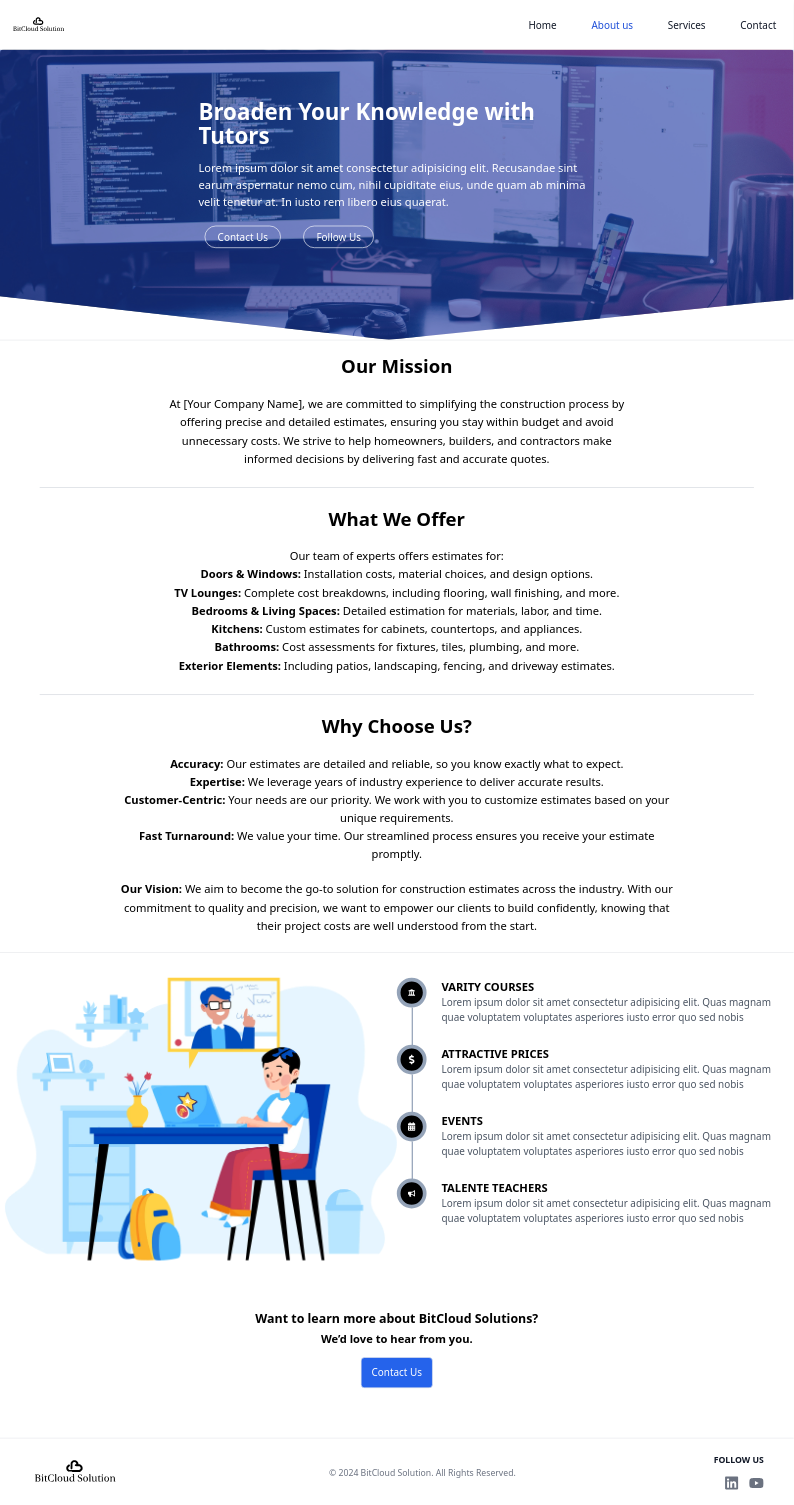
Repository: huzaifaBitCloud/BitCloud-website
Page: /about-us
These files come from the project's save history. The page is drawn as it stood at one moment and after the next save; the edit follows.
The browser window is 1280 px wide. The pictures show the whole page, at 62% of full size.
The project was rebuilt for these pictures with package versions that can differ from the ones it lists, and the page was loaded fresh each time. The framework's server and built-in components were replaced by stand-ins that run in the browser. Also part of the build but not shown: next.config.mjs.

Above is the page before, as saved 2025-01-14 12:06:13.

### src/app/about-us/page.tsx
import Layout from "@/components/Layout";
import About from "@/components/About";

const AboutPage = () => {
  return (
    <Layout>
      <About />
    </Layout>
  );
};

export default AboutPage;

### src/app/globals.css
@tailwind base;
@tailwind components;
@tailwind utilities;

.custom-cards-ourClient {
  box-shadow: 0px -10px 10px 2px rgba(221, 223, 226, 1);
  border-radius: 15px;
  background: linear-gradient(180deg, #e9f2e4 0%, #f5f7fa 90%);
}
.custom-card-2-achievements {
  box-shadow: 0px -10px 10px 2px rgba(221, 223, 226, 1);
  border-radius: 15px;
  background: linear-gradient(180deg, #f4d9d0 0%, #f5f7fa 90%);
}
.custom-card-3-achievements {
  box-shadow: 0px -10px 10px 2px rgba(221, 223, 226, 1);
  border-radius: 15px;
  background: linear-gradient(180deg, #e7ebf0, #f5f7fa 90%);
}

:root {
  /* --color-primary: #e9f2e4;
    --color-secondary: #f5f7fa;
*/
  --h-100vh: 100vh;
}

/* ABout CSS */

.btn-about {
  display: inline-block;
  margin: 0 0.625rem;
  padding: 0.3125rem 1.25rem;
  border-radius: 1.25rem;
  background: transparent;
  border: solid 0.0625rem #fff;
  position: relative;
  z-index: 9;
}
.main-hero-about {
  clip-path: polygon(
    50% 0%,
    100% 0,
    100% 35%,
    100% 86%,
    49% 100%,
    0 85%,
    0% 35%,
    0 0
  );
}

/* Services */

.zoomIn {
  -webkit-animation-name: zoomIn;
  animation-name: zoomIn;
  -webkit-animation-duration: 1s;
  animation-duration: 1s;
  -webkit-animation-fill-mode: both;
  animation-fill-mode: both;
}
@-webkit-keyframes zoomIn {
  0% {
    opacity: 0;
    -webkit-transform: scale3d(0.3, 0.3, 0.3);
    transform: scale3d(0.3, 0.3, 0.3);
  }
  50% {
    opacity: 1;
  }
}
@keyframes zoomIn {
  0% {
    opacity: 0;
    -webkit-transform: scale3d(0.3, 0.3, 0.3);
    transform: scale3d(0.3, 0.3, 0.3);
  }
  50% {
    opacity: 1;
  }
}

.card-services {
  border-top: 10px solid transparent;
  transition: border-top-color 0.4s, box-shadow 0.4s;
}

.card-services:hover {
  border-top-color: #2563eb;
  box-shadow: 0px 0px 5px rgba(0, 0, 0, 0.75);
}


@media only screen and (max-width: 760px) {
  .main-hero-about {
    clip-path: polygon(
      50% 0%,
      100% 0,
      100% 35%,
      100% 92%,
      49% 100%,
      0 92%,
      0% 35%,
      0 0
    );
  }
  .main-hero-about {
    height: var(--h-100vh) !important;
  }
  .sub-hero-about {
    text-align: center !important;
    margin: 0 auto !important;
  }
  .mob-btn-about {
    justify-content: center;
  }
  .mob-nav-style{
    position: absolute;
    top: 76%;
    left: 0;
  }
}

### src/components/Layout.tsx
import React from "react";
import { ReactNode } from "react";

import { Navbar } from "./Navbar";
import Footer from "./Footer";

interface LayoutProps {
  children: ReactNode;
}

const Layout = ({children}: LayoutProps) => {
  return (
    <div>
      <Navbar />
      <div className="">{children}</div>
      <Footer />
    </div>
  );
};

export default Layout;

### src/components/About.tsx
"use client";
import { useRouter } from "next/navigation";
import React from "react";
import WhyChooseUs from "./WhyChooseUs";

const About = () => {
  const router = useRouter();

  return (
    <section id="about" className=" w-[100%] mx-auto mb-6">
      {/* HEADINGS */}
      <div
        className="relative text-white text-center py-20 rounded-md bg-cover bg-center lg:h-[65vh] md:h-[70vh] main-hero-about"
        style={{
          backgroundImage: "url('/images/web-developer.jpg')",
        }}
      >
        {/* Overlay */}
        <div className="absolute inset-0 bg-blue-800 bg-opacity-60"></div>

        {/* Content */}
        <div className="relative z-10 sm:w-[100%] md:w-[80%] lg:w-[50%] mx-auto text-left sub-hero-about">
          <h2 className="text-4xl font-bold mb-4">
            Broaden Your Knowledge with Tutors
          </h2>
          <p className="mb-6 text-lg">
            Lorem ipsum dolor sit amet consectetur adipisicing elit. Recusandae
            sint earum aspernatur nemo cum, nihil cupiditate eius, unde quam ab
            minima velit tenetur at. In iusto rem libero eius quaerat.
          </p>
          <div className="flex mob-btn-about gap-4">
            <button
              className="btn-about border border-white px-6 py-2 rounded-md hover:bg-white hover:text-blue-800 transition"
              onClick={() => router.push("/contact")}
            >
              Contact Us
            </button>
            <button
              className="btn-about border border-white px-6 py-2 rounded-md hover:bg-white hover:text-blue-800 transition"
              onClick={() =>
                router.push(
                  "https://www.linkedin.com/company/bitcloud-solution-software/"
                )
              }
            >
              Follow Us
            </button>
          </div>
        </div>
      </div>
      <hr />

      {/* <div className="mt-5 px-2">
        <h2 className="text-3xl font-bold my-6">Our Mission</h2>
        <p className="my-7">
          At [Your Company Name], we are committed to simplifying the
          construction process by offering precise and detailed estimates,
          ensuring you stay within budget and avoid unnecessary costs. We strive
          to help homeowners, builders, and contractors make informed decisions
          by delivering fast and accurate quotes.
        </p>

        <hr />
        <h2 className="text-3xl font-bold text-left my-6">What We Offer</h2>
        <p className="my-7">
          Our team of experts offers estimates for: Doors & Windows:
          Installation costs, material choices, and design options. TV Lounges:
          Complete cost breakdowns, including flooring, wall finishing, and
          more. Bedrooms & Living Spaces: Detailed estimation for materials,
          labor, and time. Kitchens: Custom estimates for cabinets, countertops,
          and appliances. Bathrooms: Cost assessments for fixtures, tiles,
          plumbing, and more. Exterior Elements: Including patios, landscaping,
          fencing, and driveway estimates.
        </p>
        <hr />
        <h2 className="text-3xl font-bold ">Why Choose Us?</h2>
        <p className="my-7 w-[85%]">
          Accuracy: Our estimates are detailed and reliable, so you know exactly
          what to expect. Expertise: We leverage years of industry experience to
          deliver accurate results. Customer-Centric: Your needs are our
          priority. We work with you to customize estimates based on your unique
          requirements. Fast Turnaround: We value your time. Our streamlined
          process ensures you receive your estimate promptly. Our Vision We aim
          to become the go-to solution for construction estimates across the
          industry. With our commitment to quality and precision, we want to
          empower our clients to build confidently, knowing that their project
          costs are well understood from the start.
        </p>
      </div> */}

      <div className="mt-5 px-4 sm:px-6 md:px-10 lg:px-16">
        {/* Our Mission */}
        <div className="text-center">
          <h2 className="text-3xl font-bold my-6">Our Mission</h2>
          <p className="my-7 text-lg leading-relaxed max-w-3xl mx-auto">
            At [Your Company Name], we are committed to simplifying the
            construction process by offering precise and detailed estimates,
            ensuring you stay within budget and avoid unnecessary costs. We
            strive to help homeowners, builders, and contractors make informed
            decisions by delivering fast and accurate quotes.
          </p>
        </div>

        <hr className="my-8 border-gray-300" />

        {/* What We Offer */}
        <div className="text-center">
          <h2 className="text-3xl font-bold my-6">What We Offer</h2>
          <p className="my-7 text-lg leading-relaxed max-w-4xl mx-auto text-contain">
            Our team of experts offers estimates for:
            <br />
            <strong>Doors & Windows:</strong> Installation costs, material
            choices, and design options.
            <br />
            <strong>TV Lounges:</strong> Complete cost breakdowns, including
            flooring, wall finishing, and more.
            <br />
            <strong>Bedrooms & Living Spaces:</strong> Detailed estimation for
            materials, labor, and time.
            <br />
            <strong>Kitchens:</strong> Custom estimates for cabinets,
            countertops, and appliances.
            <br />
            <strong>Bathrooms:</strong> Cost assessments for fixtures, tiles,
            plumbing, and more.
            <br />
            <strong>Exterior Elements:</strong> Including patios, landscaping,
            fencing, and driveway estimates.
          </p>
        </div>

        <hr className="my-8 border-gray-300" />

        {/* Why Choose Us */}
        <div className="text-center">
          <h2 className="text-3xl font-bold my-6">Why Choose Us?</h2>
          <p className="my-7 text-lg leading-relaxed max-w-4xl mx-auto">
            <strong>Accuracy:</strong> Our estimates are detailed and reliable,
            so you know exactly what to expect.
            <br />
            <strong>Expertise:</strong> We leverage years of industry experience
            to deliver accurate results.
            <br />
            <strong>Customer-Centric:</strong> Your needs are our priority. We
            work with you to customize estimates based on your unique
            requirements.
            <br />
            <strong>Fast Turnaround:</strong> We value your time. Our
            streamlined process ensures you receive your estimate promptly.
          </p>
          <p className="my-7 text-lg leading-relaxed max-w-4xl mx-auto">
            <strong>Our Vision:</strong> We aim to become the go-to solution for
            construction estimates across the industry. With our commitment to
            quality and precision, we want to empower our clients to build
            confidently, knowing that their project costs are well understood
            from the start.
          </p>
        </div>
      </div>

      <hr />
      <div className="my-10 ">
        <WhyChooseUs />
      </div>
      <div className="text-center my-20">
        <h3 className="text-xl font-bold">
          Want to learn more about BitCloud Solutions?
        </h3>
        <p className="text-lg font-semibold mt-1">
          We’d love to hear from you.
        </p>
        <button
          className="border bg-blue-600 px-4 py-3 rounded-md text-white hover:bg-blue-700 mt-4"
          onClick={() => router.push("/contact")}
        >
          Contact Us
        </button>
      </div>
    </section>
  );
};

export default About;

### src/components/Navbar.tsx
"use client";
import Image from "next/image";
import Link from "next/link";
import { usePathname } from "next/navigation";
import React, { useState } from "react";

export const Navbar = () => {
  const [menu, setMenu] = useState(false);
  const [servicesDropdown, setServicesDropdown] = useState(false);
  const pathname = usePathname();

  const links = [
    { href: "/", label: "Home" },
    { href: "/about-us", label: "About us" },
    { label: "Services", dropdown: true },
    { href: "/contact", label: "Contact" },
  ];

  const servicesLinks = [
    { href: "/web-development", label: "Web Development" },
    { href: "/mob-development", label: "Mobile Development" },
    { href: "/services/service3", label: "UI/UX Design" },
    { href: "/zoho-crm", label: "Zoho CRM" },
    { href: "/finance-account", label: "Finances & Accounting" },
  ];

  const isActive = (href) => pathname === href;

  return (
    <nav className="border-gray-200 bg-white shadow-md dark:bg-gray-900 dark:border-gray-700">
      <div className="max-w-screen-xl flex flex-wrap items-center justify-between mx-auto p-4 relative">
        <Link href="/" passHref>
          <div className="relative w-24 h-12 cursor-pointer flex items-center space-x-3">
            <Image
              src="/images/logo.svg"
              alt="BitCloud Logo"
              fill
              sizes="(max-width: 768px) 100px, (max-width: 1200px) 50vw, 33vw"
              className="object-contain"
            />
          </div>
        </Link>

        <button
          type="button"
          data-collapse-toggle="navbar-dropdown"
          className="inline-flex items-center p-2 w-10 h-10 justify-center text-sm text-gray-500 rounded-lg md:hidden hover:bg-gray-100 dark:hover:bg-gray-700"
          aria-controls="navbar-dropdown"
          aria-expanded={menu}
          onClick={() => setMenu(!menu)}
        >
          <svg
            className="w-5 h-5"
            aria-hidden="true"
            xmlns="http://www.w3.org/2000/svg"
            fill="none"
            viewBox="0 0 17 14"
          >
            <path
              stroke="currentColor"
              strokeLinecap="round"
              strokeLinejoin="round"
              strokeWidth="2"
              d="M1 1h15M1 7h15M1 13h15"
            />
          </svg>
        </button>

        <div
          className={`${menu ? "block" : "hidden"} w-full md:block md:w-auto mob-nav-style`}
          id="navbar-dropdown"
        >
          <ul className="flex flex-col font-medium p-4 md:p-0 mt-4 border border-gray-100 rounded-lg bg-gray-50 md:flex-row md:space-x-8 md:mt-0 md:border-0 md:bg-white dark:bg-gray-800">
            {links.map(({ href, label, dropdown }) => (
             <li
             key={label}
             className="relative"
             onMouseEnter={dropdown ? () => setServicesDropdown(true) : null}
             onMouseLeave={dropdown ? () => setServicesDropdown(false) : null}
           >
             {dropdown ? (
               <span
                 className="block py-2 px-3 rounded cursor-pointer text-gray-900 dark:text-white"
               >
                 {label}
               </span>
             ) : (
               <Link href={href} passHref>
                 <span
                   className={`block py-2 px-3 rounded cursor-pointer ${
                     isActive(href)
                       ? "text-blue-700 dark:text-blue-500"
                       : "text-gray-900 dark:text-white"
                   }`}
                 >
                   {label}
                 </span>
               </Link>
             )}
             {dropdown && servicesDropdown && (
               <div className="z-50 absolute left-0 top-full w-48 bg-white border border-gray-200 shadow-lg rounded-lg">
                 <ul className="py-2 text-sm text-gray-700 dark:text-gray-400">
                   {servicesLinks.map(({ href, label }) => (
                     <li key={href}>
                       <Link href={href} passHref>
                         <span
                           onClick={() => setServicesDropdown(false)}
                           className="block px-4 py-2 hover:bg-gray-100 dark:hover:bg-gray-600 dark:hover:text-white"
                         >
                           {label}
                         </span>
                       </Link>
                     </li>
                   ))}
                 </ul>
               </div>
             )}
           </li>
            ))}
          </ul>
        </div>
      </div>
    </nav>
  );
};

export default Navbar;

### src/components/Footer.tsx
// import Link from "next/link";
// import { FaLinkedin, FaYoutube } from "react-icons/fa";

// const Footer = () => {
//   const currentYear = new Date().getFullYear(); // Get the current year dynamically

//   return (
//     <footer className="bg-white dark:bg-gray-900 border-t w-full">
//       <div className="container mx-auto px-4 py-6">
//         <div className="flex flex-col md:flex-row md:items-center md:justify-between">
//           {/* Logo Section */}
//           <div className="flex items-center mb-4 md:mb-0 py-6">
//             <img
//               src="/images/logo.svg"
//               alt="BitCloud Logo"
//               className="h-14 mr-3 md:ml-4"
//             />
//           </div>

//           {/* Rights Section */}
//           <div className="text-center mb-4 md:mb-0">
//             <span className="text-sm text-gray-500 dark:text-gray-400">
//               © {currentYear}{" "}
//               <Link
//                 href="https://bitcloudsolution.com/"
//                 className="hover:underline"
//               >
//                 BitCloud Solution
//               </Link>
//               . All Rights Reserved.
//             </span>
//           </div>

//           {/* Follow Us Section */}
//           <div className="flex flex-col items-center md:items-end">
//             <h2 className="mb-4 text-sm font-semibold text-gray-900 uppercase dark:text-white">
//               Follow Us
//             </h2>
//             <div className="flex space-x-4">
//               <Link
//                 href="https://www.linkedin.com/company/bitcloud-solution-software/"
//                 aria-label="LinkedIn"
//                 className="text-gray-500 hover:text-blue-600 dark:hover:text-blue-400"
//               >
//                 <FaLinkedin className="w-6 h-6" />
//               </Link>
//               <Link
//                 href="http://www.youtube.com/@BitCloudSolution"
//                 aria-label="YouTube"
//                 className="text-gray-500 hover:text-red-600 dark:hover:text-red-400"
//               >
//                 <FaYoutube className="w-6 h-6" />
//               </Link>
//             </div>
//           </div>
//         </div>
//       </div>
//     </footer>
//   );
// };

// export default Footer;

import Link from "next/link";
import { FaLinkedin, FaYoutube } from "react-icons/fa";

const Footer = () => {
  const currentYear = new Date().getFullYear(); // Get the current year dynamically

  return (
    <footer className="bg-white dark:bg-gray-900 border-t w-full">
      <div className="container mx-auto px-6 py-6">
        <div className="flex flex-col items-center md:flex-row md:justify-between">
          {/* Logo Section */}
          <div className="flex items-center mb-4 md:mb-0 md:ml-6">
            <Link href='/'>
            <img
              src="/images/logo.svg"
              alt="BitCloud Logo"
              className="h-14 mr-3"
            />
            </Link>
          </div>

          {/* Rights Section */}
          <div className="text-center mb-4 md:mb-0">
            <span className="text-sm text-gray-500 dark:text-gray-400">
              © {currentYear}{" "}
              <Link
                href="https://bitcloudsolution.com/"
                className="hover:underline"
              >
                BitCloud Solution
              </Link>
              . All Rights Reserved.
            </span>
          </div>

          {/* Follow Us Section */}
          <div className="flex flex-col items-center md:items-end md:mr-6">
            <h2 className="mb-4 text-sm font-semibold text-gray-900 uppercase dark:text-white">
              Follow Us
            </h2>
            <div className="flex space-x-4">
              <Link
                href="https://www.linkedin.com/company/bitcloud-solution-software/"
                aria-label="LinkedIn"
                className="text-gray-500 hover:text-blue-600 dark:hover:text-blue-400"
              >
                <FaLinkedin className="w-6 h-6" />
              </Link>
              <Link
                href="http://www.youtube.com/@BitCloudSolution"
                aria-label="YouTube"
                className="text-gray-500 hover:text-red-600 dark:hover:text-red-400"
              >
                <FaYoutube className="w-6 h-6" />
              </Link>
            </div>
          </div>
        </div>
      </div>
    </footer>
  );
};

export default Footer;

### src/components/WhyChooseUs.tsx
import React from "react";
import {
  FaUniversity,
  FaDollarSign,
  FaCalendarAlt,
  FaBullhorn,
} from "react-icons/fa";

const WhyChooseUs = () => {
  const steps = [
    {
      icon: <FaUniversity />,
      title: "VARITY COURSES",
      description:
        "Lorem ipsum dolor sit amet consectetur adipisicing elit. Quas magnam quae voluptatem voluptates asperiores iusto error quo sed nobis",
    },
    {
      icon: <FaDollarSign />,
      title: "ATTRACTIVE PRICES",
      description:
        "Lorem ipsum dolor sit amet consectetur adipisicing elit. Quas magnam quae voluptatem voluptates asperiores iusto error quo sed nobis",
    },
    {
      icon: <FaCalendarAlt />,
      title: "EVENTS",
      description:
        "Lorem ipsum dolor sit amet consectetur adipisicing elit. Quas magnam quae voluptatem voluptates asperiores iusto error quo sed nobis",
    },
    {
      icon: <FaBullhorn />,
      title: "TALENTE TEACHERS",
      description:
        "Lorem ipsum dolor sit amet consectetur adipisicing elit. Quas magnam quae voluptatem voluptates asperiores iusto error quo sed nobis",
    },
  ];

  return (
    <div className="w-[100%] mx-auto mt-6">

      <div className="grid lg:grid-cols-2 xs:grid-cols-1 mx-2">
        <div>
          <img src="/images/about-us.jpg" alt="About us" />
        </div>
        <div className="flex flex-col items-start mx-auto h-[100%]">
          {steps.map((step, index) => (
            <div key={index} className="flex items-start mb-8 relative">
              {/* Vertical Line */}
              {index !== steps.length - 1 && (
                <span className="absolute left-6 top-12 h-20 w-0.5 bg-slate-400"></span>
              )}

              {/* Icon in a circle */}
              <div className="flex justify-center items-center w-12 h-12 p-3 rounded-full bg-black text-white border-[6px] border-slate-400">
                {step.icon}
              </div>

              {/* Title and Description */}
              <div className="ml-6">
                <h3 className="text-lg font-bold">{step.title}</h3>
                <p className="text-gray-600">{step.description}</p>
              </div>
            </div>
          ))}
        </div>
      </div>
    </div>
  );
};

export default WhyChooseUs;

Loaded but not shown: src/app/layout.tsx (common file); tailwind.config.ts (common file)

After the next save:
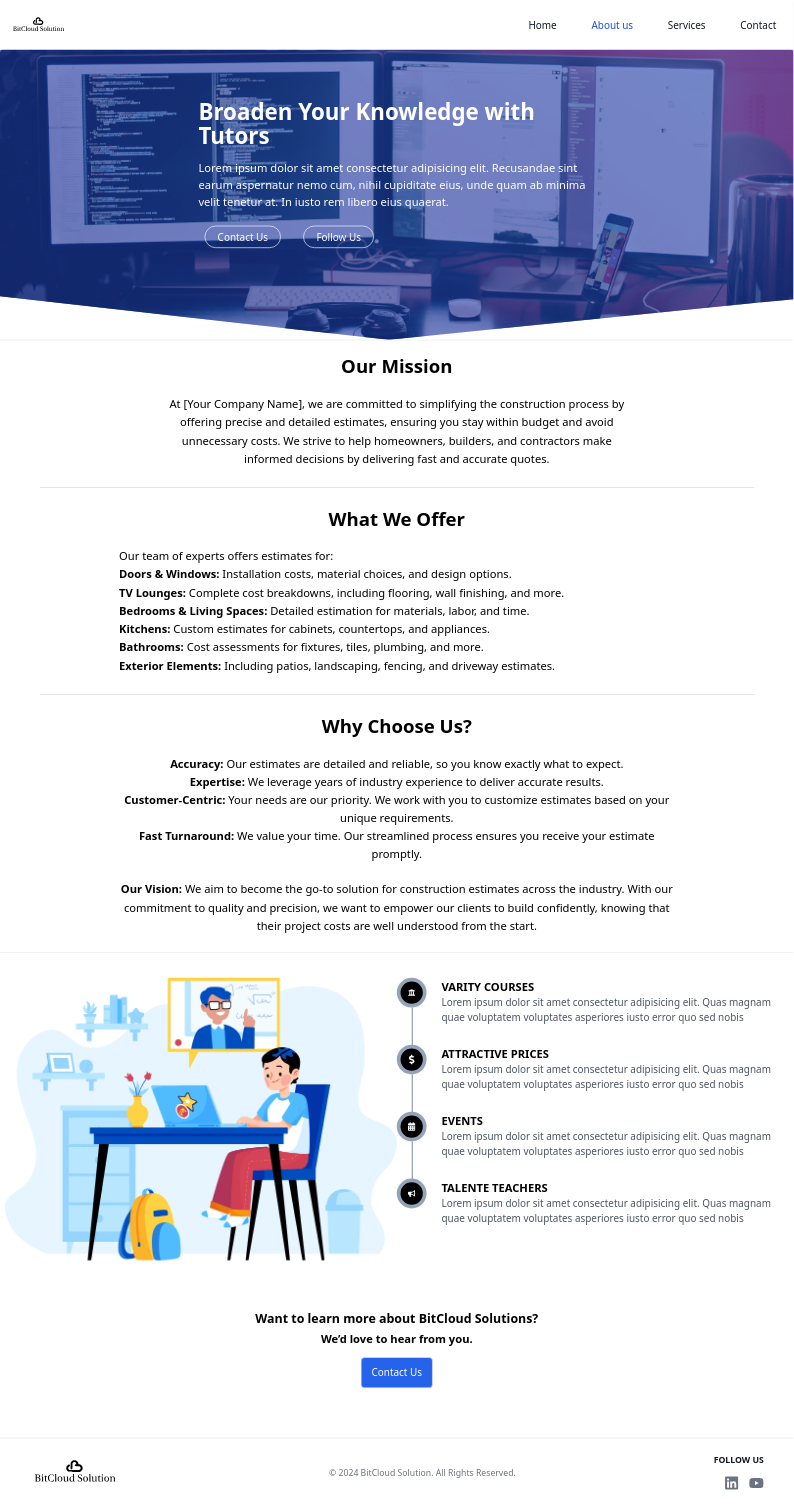
Saved 15 s later.
--- a/src/components/About.tsx
+++ b/src/components/About.tsx
@@ -106,7 +106,7 @@
         {/* What We Offer */}
         <div className="text-center">
           <h2 className="text-3xl font-bold my-6">What We Offer</h2>
-          <p className="my-7 text-lg leading-relaxed max-w-4xl mx-auto text-contain">
+          <p className="my-7 text-lg leading-relaxed max-w-4xl mx-auto text-justify">
             Our team of experts offers estimates for:
             <br />
             <strong>Doors & Windows:</strong> Installation costs, material
